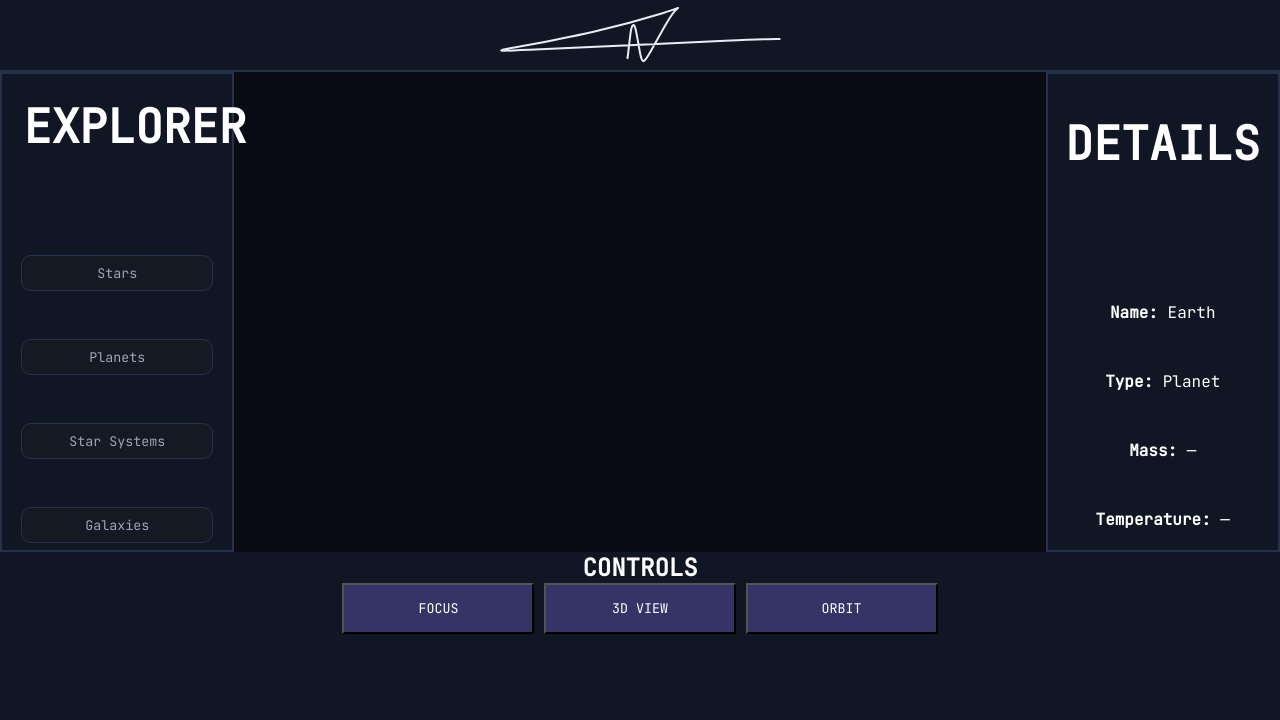
Repository: nico-madruga/Universe
Page: front-end/html/index.html
These files come from the project's save history. The page is drawn as it stood at one moment and after the next save; the edit follows.
The browser window is 1280 px wide. The pictures show the whole page.

Above is the page before, as saved 2026-09-28 18:02:57.

### front-end/html/index.html
<!DOCTYPE html>
<html lang="en">
<head>
    <meta charset="UTF-8">
    <meta name="viewport" content="width=device-width, initial-scale=1.0">
    <link href='https://fonts.googleapis.com/css?family=JetBrains Mono' rel='stylesheet'>
    <link rel="stylesheet" href="../css/style.css">
    <title>Universe</title>

    <link rel="stylesheet" href="../css/style.css">
</head>

<body>

    <header>
        <img src="/front-end/imgs/Vector 1.svg">
    </header>


    <main class="layout">

        <aside class="sidebar">

            <h2>EXPLORER</h2>

            <nav>
                <button class="standard_button">Stars</button>
                <button class="standard_button">Planets</button>
                <button class="standard_button">Star Systems</button>
                <button class="standard_button">Galaxies</button>
            </nav>

        </aside>


                <div class="star star-1"></div>
                <div class="star star-2"></div>
                <div class="star star-3"></div>

                <div class="planet"></div>

            <section class="object-info">

                <h2>DETAILS</h2>

                <div class="info-grid">

                    <p>
                        <strong>Name:</strong>
                        Earth
                    </p>

                    <p>
                        <strong>Type:</strong>
                        Planet
                    </p>

                    <p>
                        <strong>Mass:</strong>
                        —
                    </p>

                    <p>
                        <strong>Temperature:</strong>
                        —
                    </p>

                </div>

            </section>

        </section>

    </main>

    <footer class="controls">
        <h2>CONTROLS</h2>

        <div class="control-buttons">
            <button class="control-button">FOCUS</button>
            <button class="control-button">3D VIEW</button>
            <button class="control-button">ORBIT</button>
        </div>
    </footer>

</body>
</html>

### front-end/css/style.css
:root
{
    --background-color: #101624;
    --planet-background-color: #080B14;
    --button-color: #2222224D;
    --button-border-color-hovered: #222222;
    --button-color-hovered: #263149BF;
    --panels-color: #101624;
    --panel-borders-color: #263149;
    --main-text-color: #E8ECF4;
    --secondary-text-color: #9AA6BA;
    --primary-accent-color: #4CC9F0;
    --secondary-accent-color: #8B7CFF;
    --control-button-color: #8B7CFF4D;
    --highlight-color: #A9E8FF;
}

*
{
 padding: 0;
 margin: 0;
 color: white;
 font-family: 'JetBrains Mono';
}

header
{
    display: flex;
    padding: 1vh 0;
    background-color: var(--background-color);
    flex-direction: row-reverse;
    justify-content: space-evenly;
    border-bottom: 2px solid var(--panel-borders-color);
}

header input
{
    align-self: center;
    height: 2rem;
}

body
{
    background-color: var(--background-color);
}

.layout
{
    display: flex;
    justify-content: space-between;
    background-color: var(--planet-background-color);
}

.layout .sidebar
{
    display: flex;
    flex-direction: column;
    text-align: center;
    width: 18vw;
    height: 66vh;
    border: 2px solid var(--panel-borders-color);
    background-color: var(--panels-color);
}

.sidebar h2
{
    padding: 3vh;
    font-size: 2.9rem;
    font-style: normal;
}

.sidebar nav
{
    display: flex;
    flex-direction: column;
    gap: 48px;
    padding-top: 4.8rem;
}

.standard_button
{
    align-self: center;
    width: 15vw;
    height: 5vh;
    background-color: var(--button-color);
    border: 1px solid var(--panel-borders-color);
    border-style: solid;
    color: var(--secondary-text-color);
    border-radius: 10px;
}

.standard_button:hover
{
    border: 1px solid var(--button-border-color-hovered);
    background-color: var(--button-color-hovered);
    color: var(--secondary-accent-color)
}

.content
{
    display: flex;
}

.content .space
{
    background-color: var(--planet-background-color);
    width: 100%;
}

.layout .object-info
{
    display: flex;
    flex-direction: column;
    padding-top: 2.4rem;
    text-align: center;
    gap: 48px;
    width: 18vw;
    border: 2px solid var(--panel-borders-color);
    background-color: var(--panels-color);
}

.layout .object-info h2
{
    font-size: 2.9rem;
}

.layout .object-info .info-grid
{
    display: flex;
    flex-direction: column;
    padding-top: 5rem;
    gap: 48px;
}

.controls
{
    text-align: center;
}

.control-button
{
    background-color: var(--control-button-color);
    width: 15vw;
    height: 4vw;
}

After the next save:
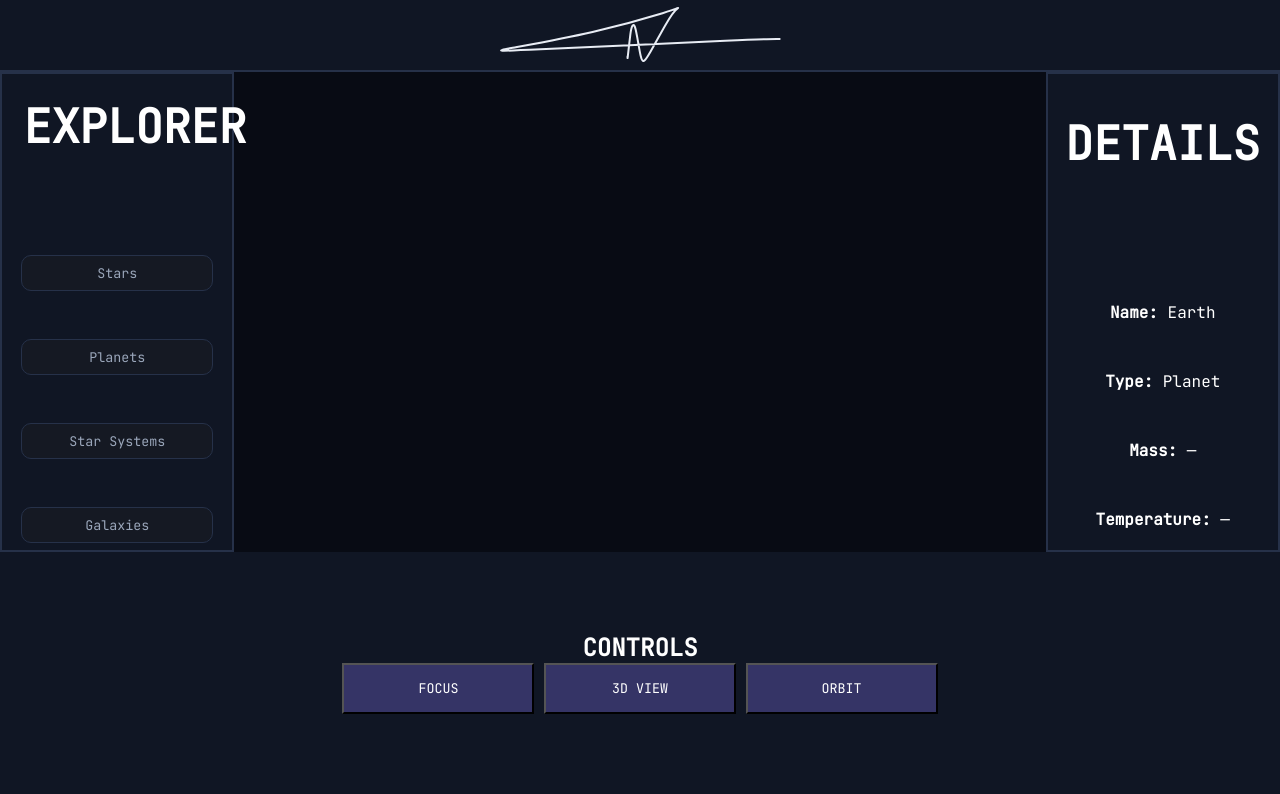
Saved 25 s later.
--- a/front-end/css/style.css
+++ b/front-end/css/style.css
@@ -135,6 +135,7 @@
 .controls
 {
     text-align: center;
+    padding: 5rem;
 }
 
 .control-button

After the save that followed:
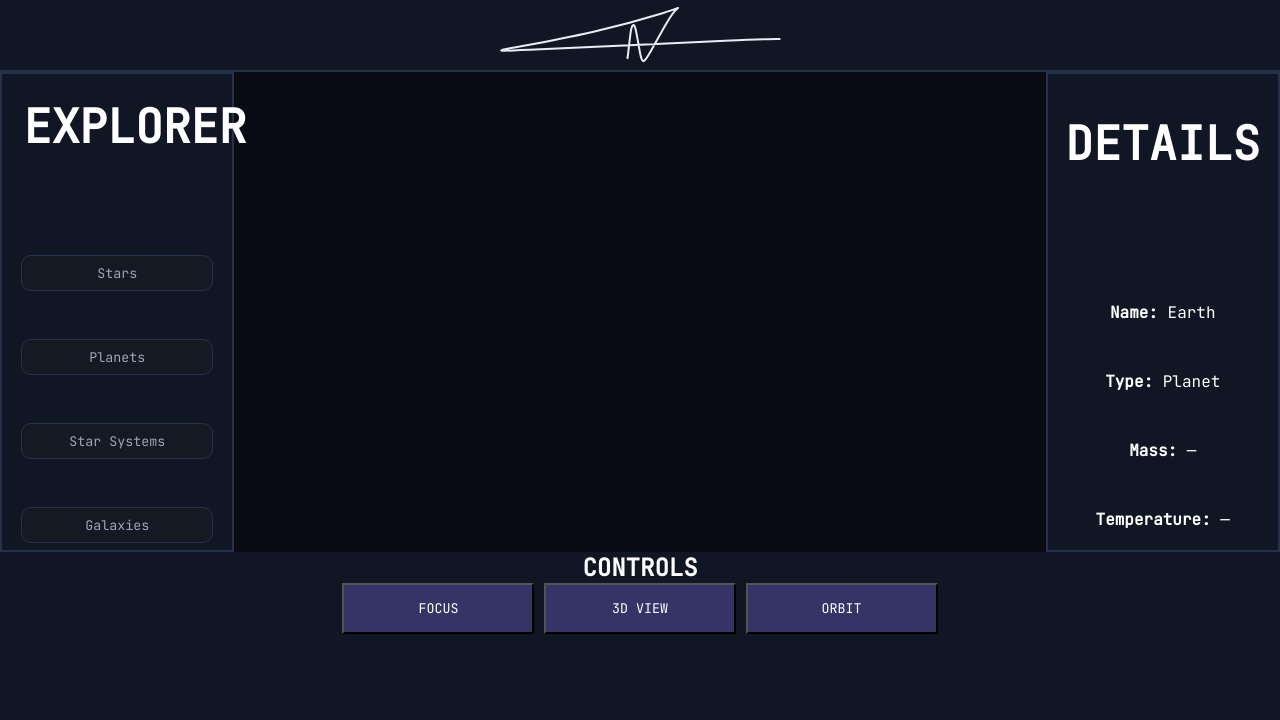
Saved 4 s later.
--- a/front-end/css/style.css
+++ b/front-end/css/style.css
@@ -135,7 +135,6 @@
 .controls
 {
     text-align: center;
-    padding: 5rem;
 }
 
 .control-button
